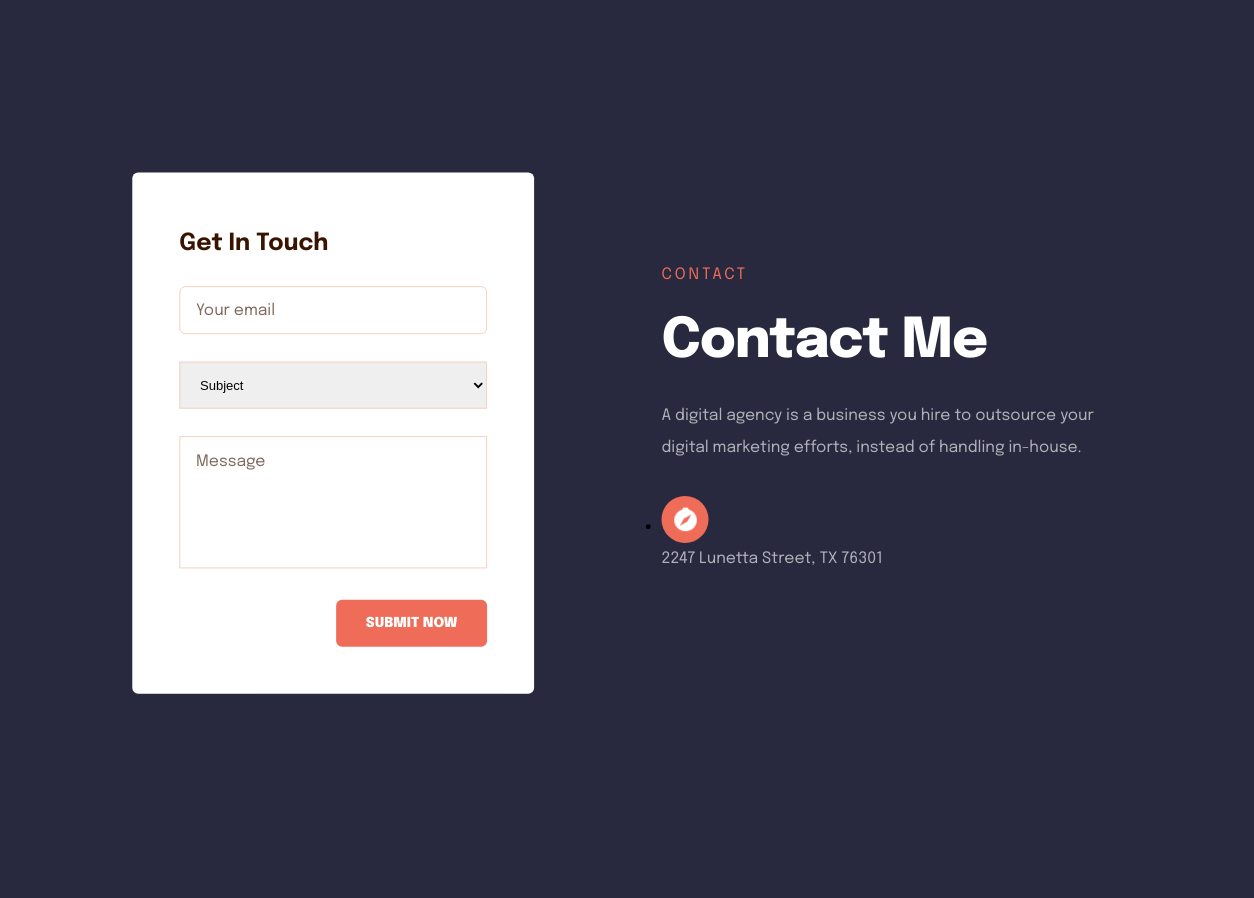
Repository: simralgasimov/contact-me
Page: index.html
These files come from the project's save history. The page is drawn as it stood at one moment and after the next save; the edit follows.
The browser window is 1280 px wide. The pictures show the whole page, at 98% of full size.

Above is the page before, as saved 2023-10-04 13:41:11.

After the next save:
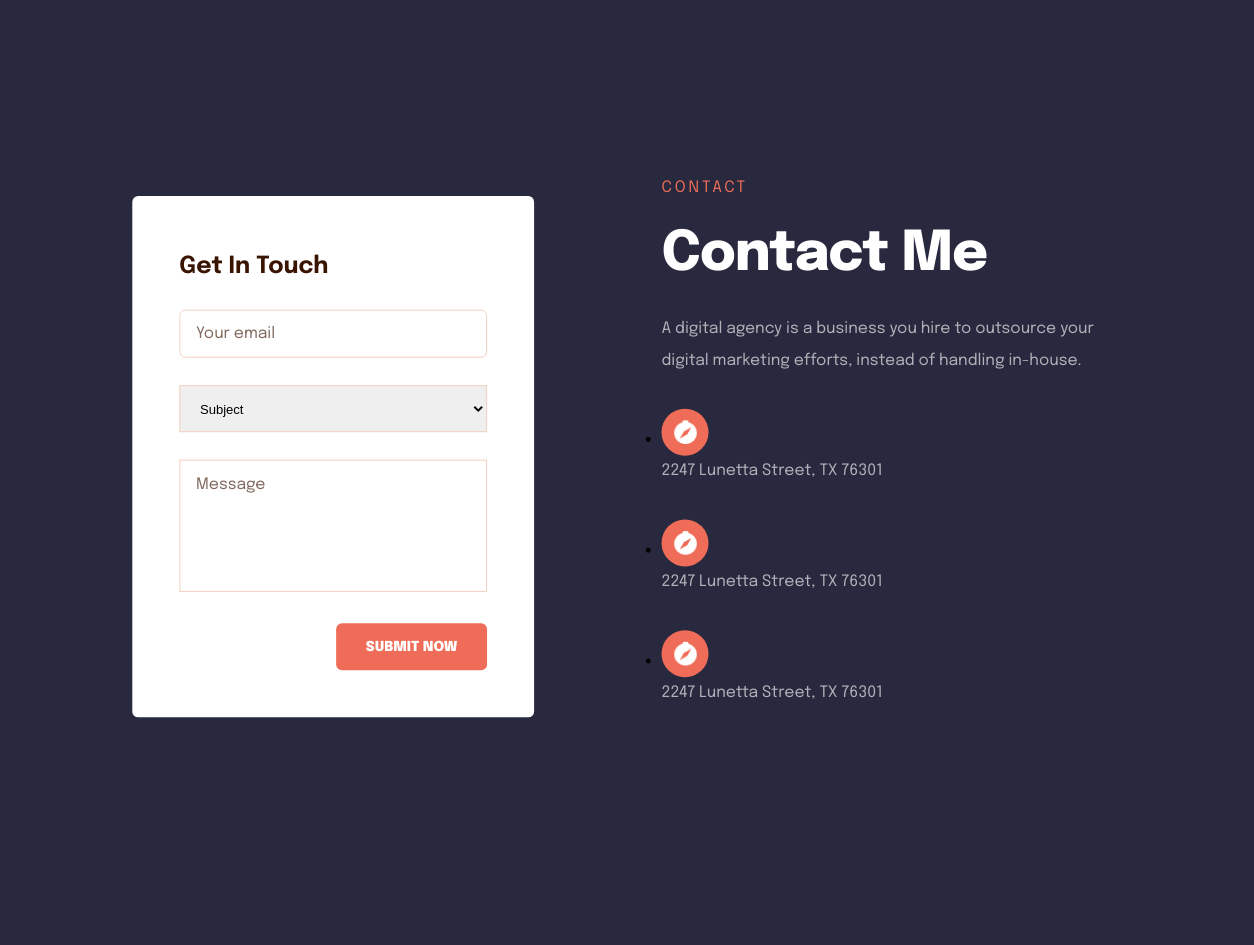
Saved 5 s later.
--- a/index.html
+++ b/index.html
@@ -45,6 +45,20 @@
             <p>2247 Lunetta Street, TX 76301</p>
 
           </li>
+          <li>
+            <div class="cirycle">
+              <img src="./img/Shape.png" alt="" />
+            </div>
+            <p>2247 Lunetta Street, TX 76301</p>
+
+          </li>
+          <li>
+            <div class="cirycle">
+              <img src="./img/Shape.png" alt="" />
+            </div>
+            <p>2247 Lunetta Street, TX 76301</p>
+
+          </li>
         </ul>
 
       </div>
